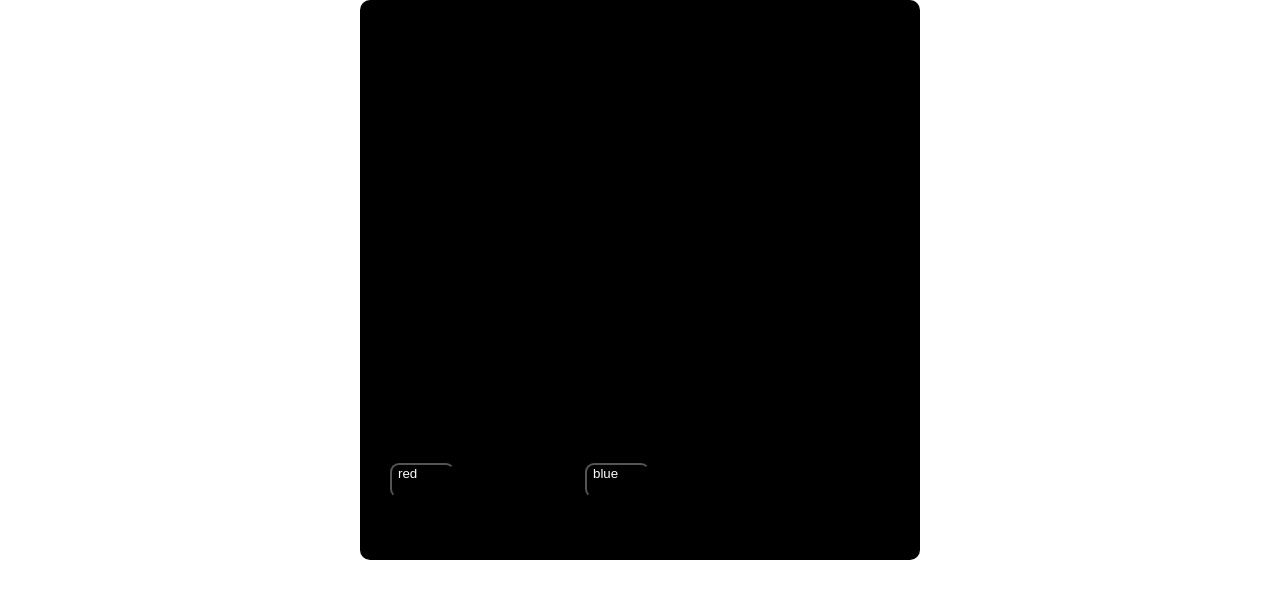
Repository: iliailia12/Individual-lessons
Page: Day 99/Classwork/index.html
An editor plug-in stored every save of this project. The page is shown before and after the next save, followed by the edit.
The browser window is 1280 px wide. The pictures show the whole page.

Above is the page before, as saved 2026-06-06 04:39:28.

### Day 99/Classwork/index.html
<!--1) შექმენი 1 div ბლოკი, შემდგომ 2 ღილაკი, ისე უნდა გააკეთო, რომ პირველ ღლაკზე დაჭირისას დივის background color - ი გახდეს წითელი, მეორე ღილაკზე დაჭერისას დაბრუნდეს მის საწყის ფერზე (დივს წინასწარ გაუწერე რაიმე სტილები) -->


<!DOCTYPE html>
<html lang="en">
<head>
    <meta charset="UTF-8">
    <meta name="viewport" content="width=device-width, initial-scale=1.0">
    <link rel="stylesheet" href="style.css">
    <title>Document</title>
</head>
<body>
    <div class="colorCangerDiv" id="colorCangerDiv">
        <button id="red">red</button>
        <button id="blue">blue</button>
    </div>
</body>
</html>

### Day 99/Classwork/style.css
/* 1) შექმენი 1 div ბლოკი, შემდგომ 2 ღილაკი, ისე უნდა გააკეთო, რომ პირველ ღლაკზე დაჭირისას დივის background color - ი გახდეს წითელი, მეორე ღილაკზე დაჭერისას დაბრუნდეს მის საწყის ფერზე (დივს წინასწარ გაუწერე რაიმე სტილები)
 */

body{
    margin: 0;
    padding: 0;
}
.colorCangerDiv{
    width: 500px;
    height: 500px;
    background-color: black;
    color: white;
    display: flex;
    /* flex-direction: column; */
    /* justify-content: center; */
    align-items: center;
    margin: 0 auto;
    border-radius: 10px;
    gap: 100px;
    padding: 30px;
}

button{
    margin-top: 400px;
    display: flex;
    gap: 35px;
    width: 65px;
    height: 35px;
    border-radius: 9px;
    background-color: black;
    color: white;
    box-shadow: black;
    margin-right: 30px;
    margin-right: 30px;
}

After the next save:
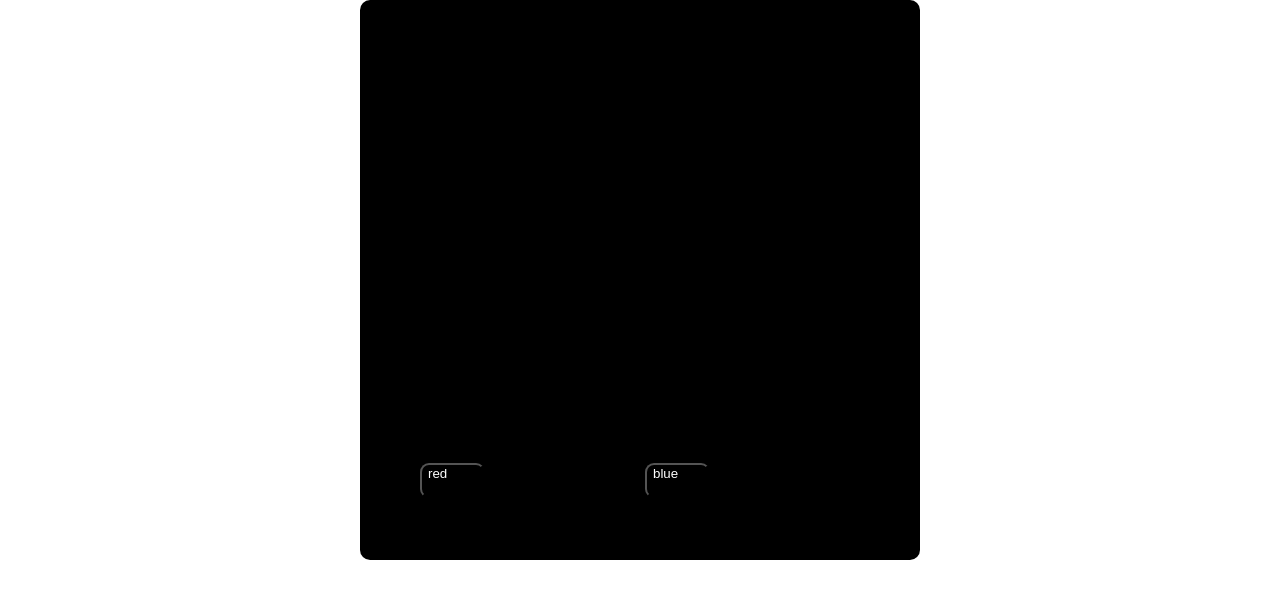
Saved 4 s later.
--- a/Day 99/Classwork/style.css
+++ b/Day 99/Classwork/style.css
@@ -31,5 +31,5 @@
     color: white;
     box-shadow: black;
     margin-right: 30px;
-    margin-right: 30px;
+    margin-left: 30px;
 }
